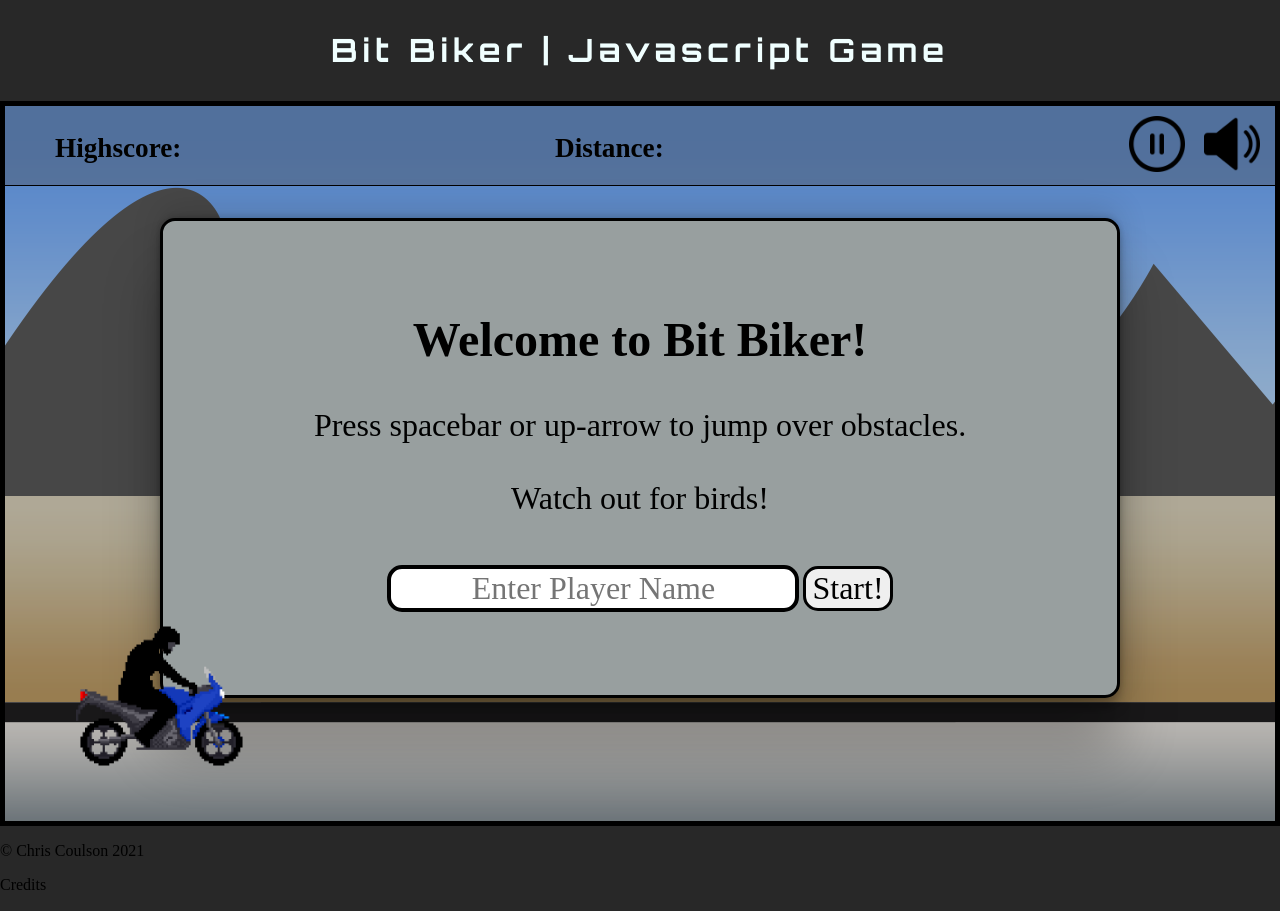
Repository: jellymel0n/bit-biker
Page: index.html
The author's editor kept a copy of each file at every save. The page is drawn from the files as they stood at one save, then again after the next save.
The browser window is 1280 px wide. The pictures show the whole page.

Above is the page before, as saved 2021-07-18 20:19:53.

After the next save:
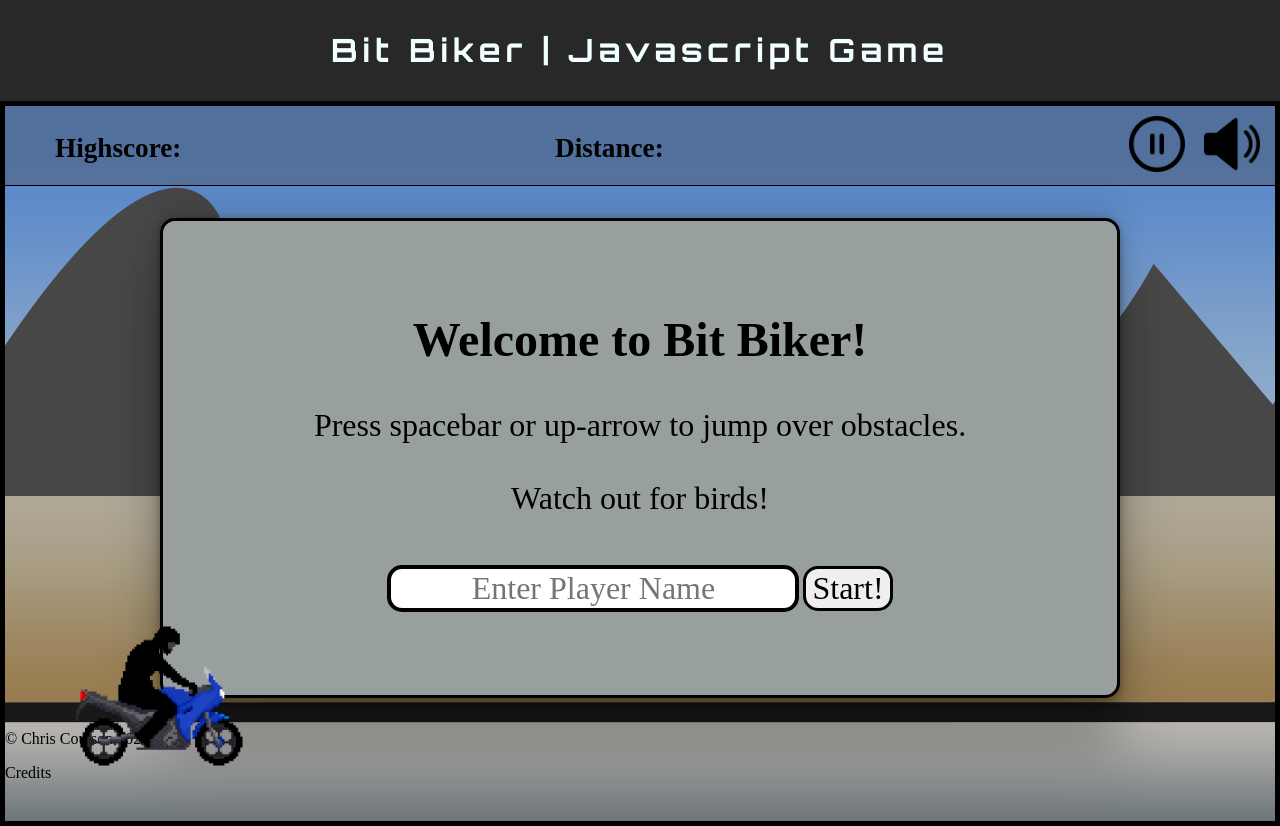
Saved 17 s later.
--- a/index.html
+++ b/index.html
@@ -144,10 +144,11 @@
         </div>
 
         <!-- End of Game Complete Screen -->
-
+        <p id="copy">&copy; Chris Coulson 2021</p>
+        <p id="credits">Credits</p>
     </main>
-    <p id="copy">&copy; Chris Coulson 2021</p>
-    <p id="credits">Credits</p>
+    <!-- <p id="copy">&copy; Chris Coulson 2021</p>
+    <p id="credits">Credits</p> -->
 
 <!-- jQuery CDN script-->
 <script src="https://code.jquery.com/jquery-3.6.0.min.js" integrity="sha256-/xUj+3OJU5yExlq6GSYGSHk7tPXikynS7ogEvDej/m4=" crossorigin="anonymous"></script>
